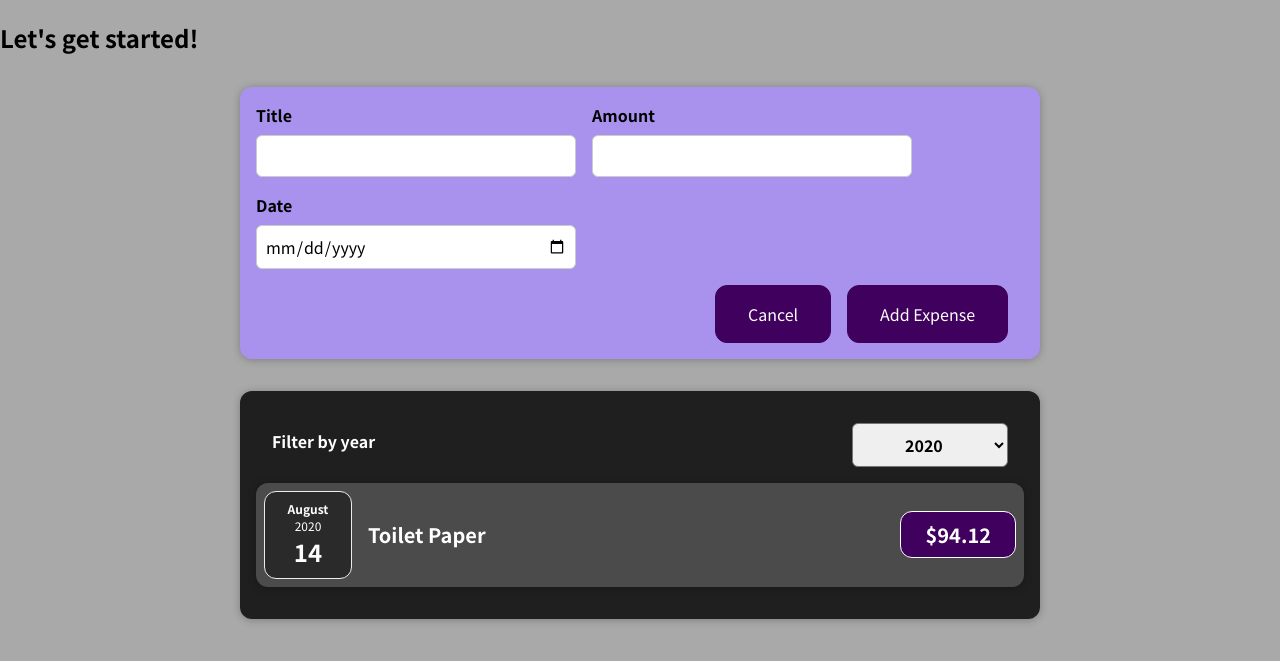
Repository: otvertka/MSC
Page: /
An editor plug-in stored every save of this project. The page is shown before and after the next save, followed by the edit.
The browser window is 1280 px wide. The pictures show the whole page.
The project was rebuilt for these pictures with package versions that can differ from the ones it lists, and the page was loaded fresh each time.

Above is the page before, as saved 2023-07-01 10:29:17.

After the next save:
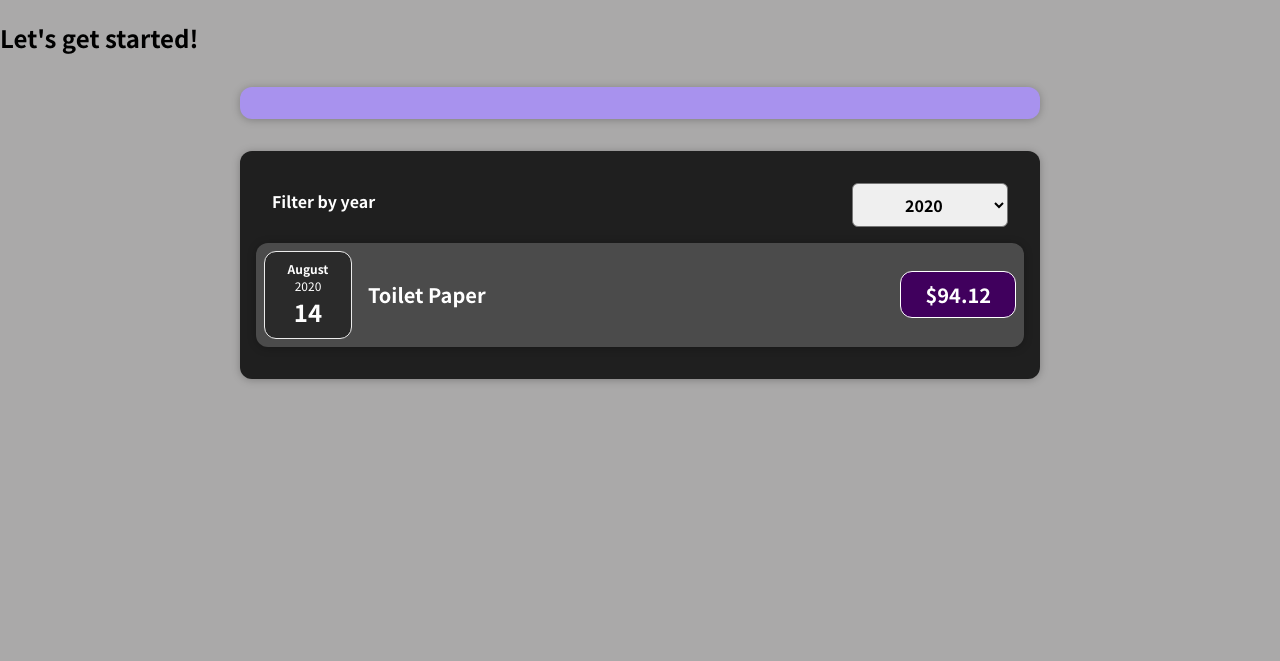
Saved 12 min 31 s later.
--- a/src/components/NewExpense/NewExpense.js
+++ b/src/components/NewExpense/NewExpense.js
@@ -13,7 +13,7 @@
 
   return (
     <div className="new-expense">
-      <ExpenseForm onSaveExpenseData={saveExpenseDataHandler} />
+      {/* <ExpenseForm onSaveExpenseData={saveExpenseDataHandler} /> */}
     </div>
   );
 };

After the save that followed:
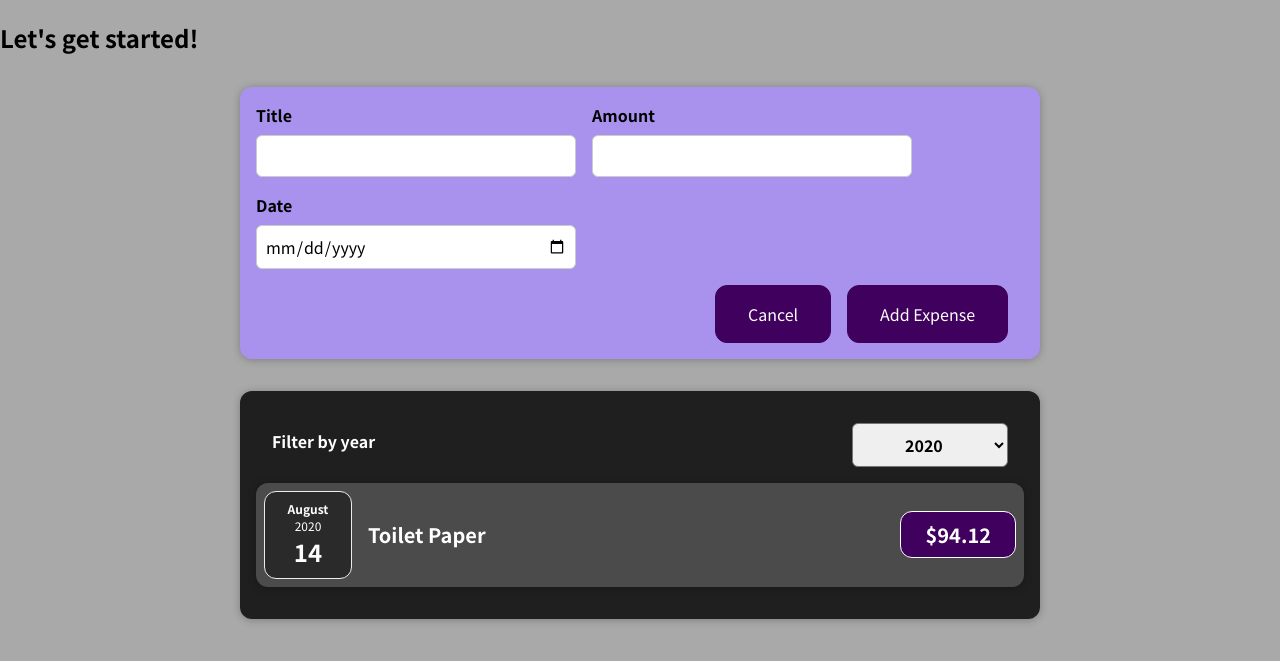
Saved 19 s later.
--- a/src/components/NewExpense/NewExpense.js
+++ b/src/components/NewExpense/NewExpense.js
@@ -13,7 +13,7 @@
 
   return (
     <div className="new-expense">
-      {/* <ExpenseForm onSaveExpenseData={saveExpenseDataHandler} /> */}
+      <ExpenseForm onSaveExpenseData={saveExpenseDataHandler} />
     </div>
   );
 };
